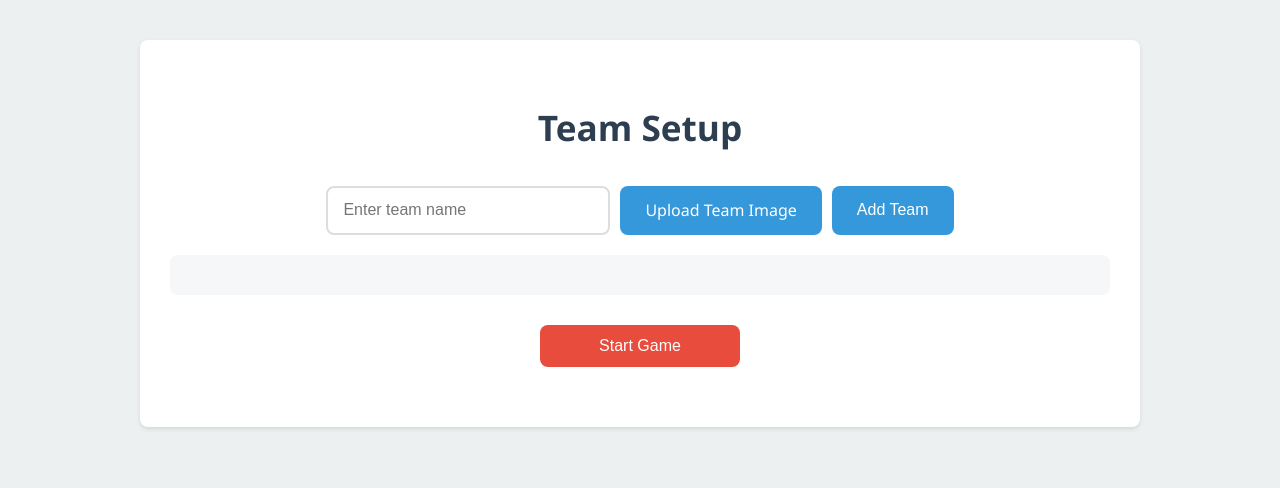
Repository: oscarfco/oscarfco.github.io
Page: projects/trivia_night/index.html
These files come from the project's save history. The page is drawn as it stood at one moment and after the next save; the edit follows.
The browser window is 1280 px wide. The pictures show the whole page.

Above is the page before, as saved 2025-01-25 16:22:24.

After the next save:
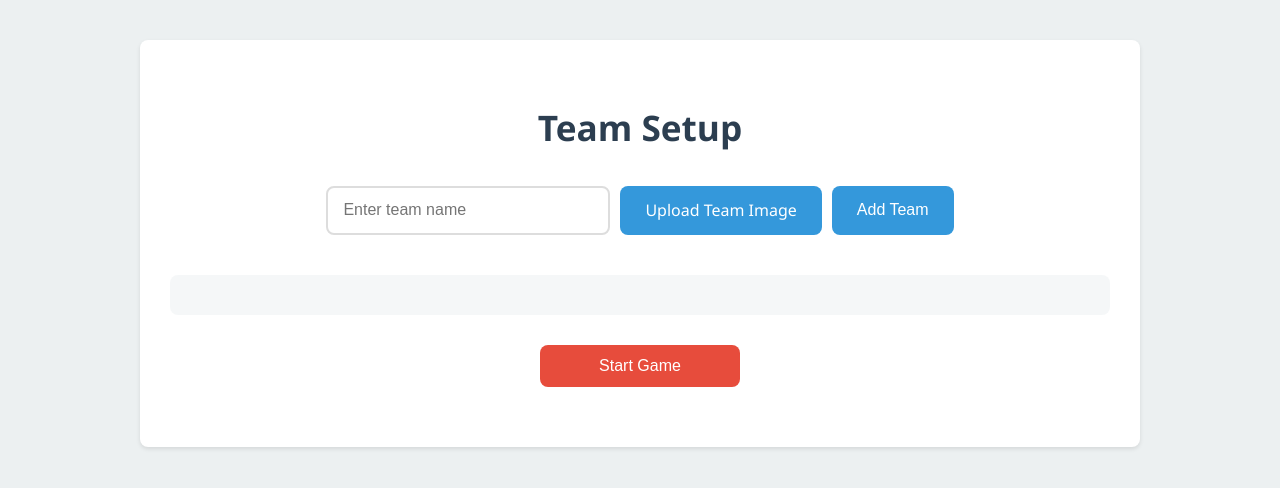
Saved 5 s later.
--- a/projects/trivia_night/index.html
+++ b/projects/trivia_night/index.html
@@ -631,14 +631,68 @@
             gap: 4px;
             color: #27ae60;
             font-size: 14px;
-            position: absolute;
-            left: calc(100% + 10px);
             white-space: nowrap;
             animation: fadeIn 0.3s ease;
+            padding: 8px 12px;
+            background-color: rgba(39, 174, 96, 0.1);
+            border-radius: var(--border-radius);
         }
 
         .upload-success svg {
             fill: currentColor;
+        }
+
+        @keyframes fadeIn {
+            from { opacity: 0; }
+            to { opacity: 1; }
+        }
+
+        .team-setup-container {
+            display: flex;
+            align-items: center;
+            justify-content: center;
+            gap: 20px;
+            margin-bottom: 20px;
+        }
+
+        .team-input-container {
+            display: flex;
+            gap: 10px;
+            justify-content: center;
+            flex-wrap: wrap;
+        }
+
+        .upload-success {
+            display: none;
+            align-items: center;
+            gap: 4px;
+            color: #27ae60;
+            font-size: 14px;
+            white-space: nowrap;
+            animation: fadeIn 0.3s ease;
+            padding: 8px 12px;
+            background-color: rgba(39, 174, 96, 0.1);
+            border-radius: var(--border-radius);
+        }
+
+        /* Add styles for the confirmation dialog */
+        .confirm-dialog {
+            position: fixed;
+            top: 50%;
+            left: 50%;
+            transform: translate(-50%, -50%);
+            background: white;
+            padding: 20px;
+            border-radius: var(--border-radius);
+            box-shadow: var(--shadow);
+            z-index: 1000;
+        }
+
+        .confirm-dialog-buttons {
+            display: flex;
+            justify-content: center;
+            gap: 10px;
+            margin-top: 15px;
         }
 
         @keyframes fadeIn {
@@ -651,21 +705,23 @@
     <!-- Initial Screen -->
     <div id="initialScreen" class="screen active">
         <h2>Team Setup</h2>
-        <div class="team-input-container">
-            <input type="text" id="teamNameInput" placeholder="Enter team name">
-            <div class="image-upload-wrapper">
-                <label for="teamImageInput" class="image-upload-label">
-                    Upload Team Image
-                </label>
-                <input type="file" id="teamImageInput" accept="image/*" onchange="handleImageUpload()">
-                <span id="imageUploadSuccess" class="upload-success">
-                    <svg viewBox="0 0 24 24" width="16" height="16">
-                        <path fill="currentColor" d="M9 16.17L4.83 12l-1.42 1.41L9 19 21 7l-1.41-1.41L9 16.17z"/>
-                    </svg>
-                    Image uploaded
-                </span>
+        <div class="team-setup-container">
+            <div class="team-input-container">
+                <input type="text" id="teamNameInput" placeholder="Enter team name">
+                <div class="image-upload-wrapper">
+                    <label for="teamImageInput" class="image-upload-label">
+                        Upload Team Image
+                    </label>
+                    <input type="file" id="teamImageInput" accept="image/*" onchange="handleImageUpload()">
+                </div>
+                <button onclick="addTeam()">Add Team</button>
             </div>
-            <button onclick="addTeam()">Add Team</button>
+            <span id="imageUploadSuccess" class="upload-success">
+                <svg viewBox="0 0 24 24" width="16" height="16">
+                    <path fill="currentColor" d="M9 16.17L4.83 12l-1.42 1.41L9 19 21 7l-1.41-1.41L9 16.17z"/>
+                </svg>
+                Image uploaded
+            </span>
         </div>
         <div id="teamList" class="team-list"></div>
         <button onclick="startGame()" id="startGameBtn">Start Game</button>
